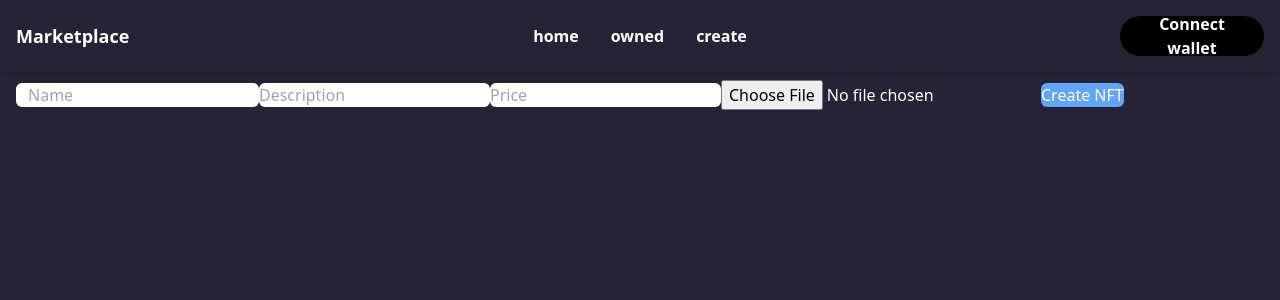
Repository: Kiendz3202/marketplace-frontend-nuxtjs
Page: /create
An editor plug-in stored every save of this project. The page is shown before and after the next save, followed by the edit.
The browser window is 1280 px wide. The pictures show the whole page.
The project was rebuilt for these pictures with package versions that can differ from the ones it lists, and the page was loaded fresh each time. The framework's server and built-in components were replaced by stand-ins that run in the browser. Also part of the build but not shown: nuxt.config.js, components/connectWallet/AddressAvatar.vue.

Above is the page before, as saved 2022-11-08 14:28:01.

After the next save:
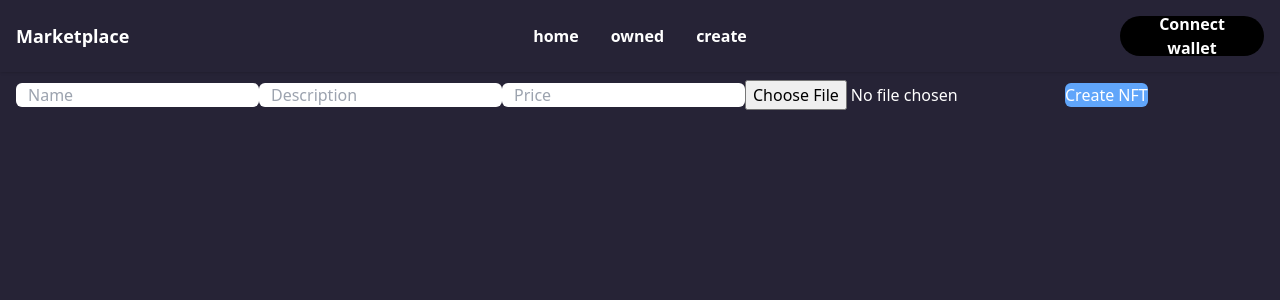
Saved 13 s later.
--- a/pages/create/index.vue
+++ b/pages/create/index.vue
@@ -1,8 +1,12 @@
 <template>
   <form @submit="addProduct">
     <input v-model="name" placeholder="Name" class="rounded-md pl-3" />
-    <input v-model="description" placeholder="Description" class="rounded-md" />
-    <input v-model="price" placeholder="Price" class="rounded-md" />
+    <input
+      v-model="description"
+      placeholder="Description"
+      class="rounded-md pl-3"
+    />
+    <input v-model="price" placeholder="Price" class="rounded-md pl-3" />
     <input type="file" @change="previewFiles" />
     <button class="ml-2 bg-blue-400 rounded-md text-white" type="submit">
       Create NFT
